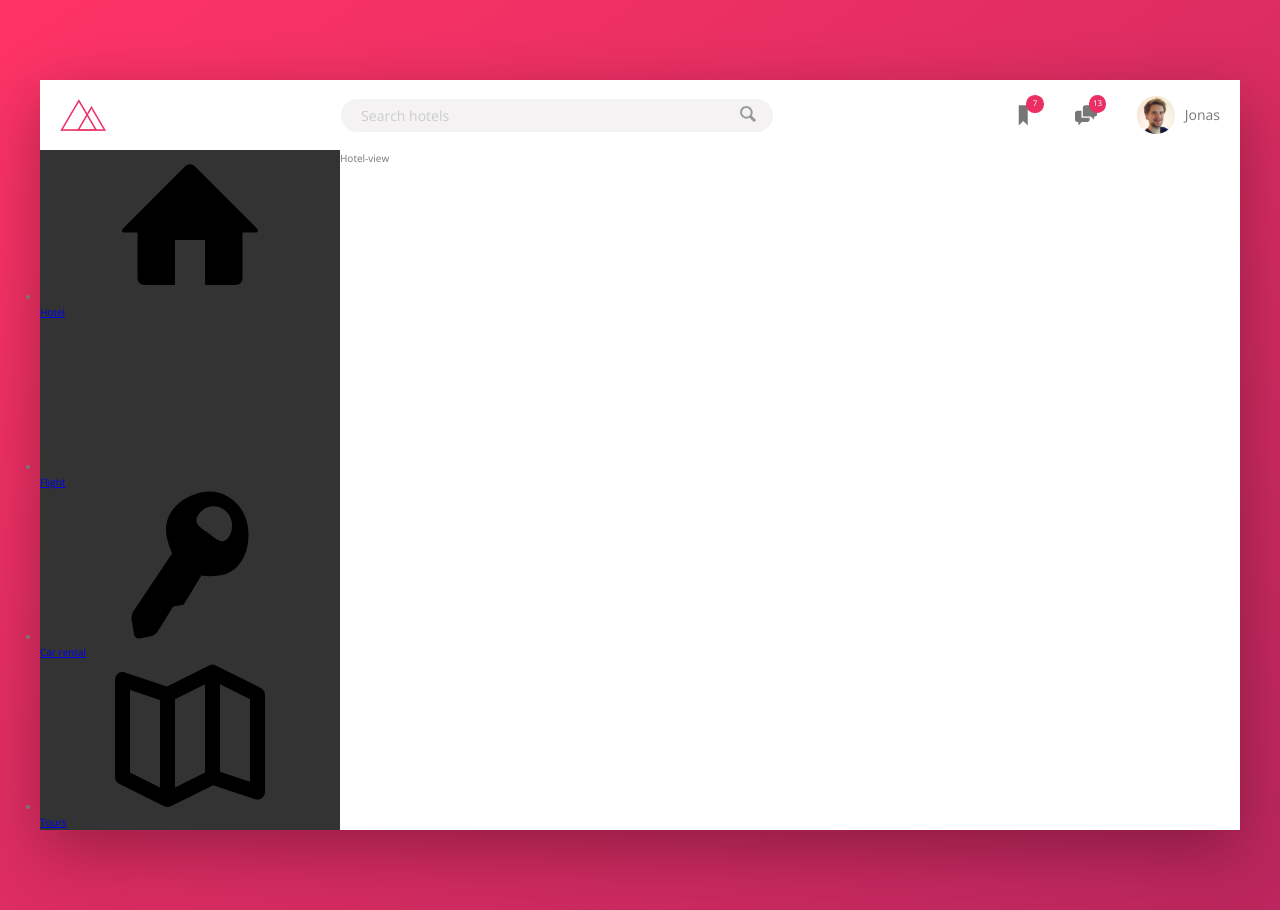
Repository: Lithium87/Trillo
Page: index.html
An editor plug-in stored every save of this project. The page is shown before and after the next save, followed by the edit.
The browser window is 1280 px wide. The pictures show the whole page.
The style sheet was rebuilt from its Sass, Less or Tailwind sources for each picture, by a compiler version that may differ from the author's.

Above is the page before, as saved 2020-05-15 23:48:34.

### index.html
<!DOCTYPE html>
<html lang="en">

<head>
    <meta charset="UTF-8">
    <meta name="viewport" content="width=device-width, initial-scale=1.0">

    <link href="https://fonts.googleapis.com/css?family=Open+Sans:300,400,600" rel="stylesheet">
    <link rel="stylesheet" href="css/style.css">
    <link rel="shortcut icon" type="image/png" href="img/favicon.png">

    <title>trillo &mdash; Your all-in-one booking app</title>
</head>

<body>
    <div class="container">
        <header class="header">
            <img src="img/logo.png" alt="Trillo logo" class="logo">
            <form action="#" class="search">
                <input type="text" class="search__input" placeholder="Search hotels">
                <button class="search__button">
                    <svg class="search__icon">
                        <use xlink:href="img/sprite.svg#icon-magnifying-glass"></use>
                    </svg>
                </button>
            </form>

            <nav class="user-nav">
                <div class="user-nav__icon-box">
                    <svg class="user-nav__icon">
                        <use xlink:href="img/sprite.svg#icon-bookmark"></use>
                    </svg>
                    <span class="user-nav__notification">7</span>
                </div>
                <div class="user-nav__icon-box">
                    <svg class="user-nav__icon">
                        <use xlink:href="img/sprite.svg#icon-chat"></use>
                    </svg>
                    <span class="user-nav__notification">13</span>
                </div>
                <div class="user-nav__user">
                    <img src="img/user.jpg" alt="User photo" class="user-nav__user-photo">
                    <span class="user-nav__user-name">Jonas</span>
                </div>
            </nav>
        </header>
        <div class="content">
            <nav class="sidebar">
                <ul class="side-nav">
                    <li class="side-nav__item">
                        <a href="#" class="side-nav__link">
                            <svg class="side-nav__icon">
                                <use xlink:href="img/stripe.svg#icon-home"></use>
                            </svg>
                            <span>Hotel</span>
                        </a>
                    </li>
                    <li class="side-nav__item">
                        <a href="#" class="side-nav__link">
                            <svg class="side-nav__icon">
                                <use xlink:href="img/stripe.svg#icon-aircraft-take-off"></use>
                            </svg>
                            <span>Flight</span>
                        </a>
                    </li>
                    <li class="side-nav__item">
                        <a href="#" class="side-nav__link">
                            <svg class="side-nav__icon">
                                <use xlink:href="img/stripe.svg#icon-key"></use>
                            </svg>
                            <span>Car rental</span>
                        </a>
                    </li>
                    <li class="side-nav__item">
                        <a href="#" class="side-nav__link">
                            <svg class="side-nav__icon">
                                <use xlink:href="img/stripe.svg#icon-map"></use>
                            </svg>
                            <span>Tours</span>
                        </a>
                    </li>
                </ul>
            </nav>
            <main class="hotel-view">
                Hotel-view
            </main>
        </div>
    </div>
</body>

</html>

### sass/_base.scss
:root {
    --color-primary: #eb2f64;
    --color-primary-light: #FF3366;
    --color-primary-dark: #BA265D;
    --color-grey-light-1: #faf9f9;
    --color-grey-light-2: #f4f2f2;
    --color-grey-light-3: #f0eeee;
    --color-grey-light-4: #ccc;
    --color-grey-dark-1: #333;
    --color-grey-dark-2: #777;
    --color-grey-dark-3: #999;
    --shadow-dark: 0 2rem 6rem rgba(0, 0, 0, .3);
}

* {
    margin: 0;
    padding: 0;
}

*,
*::before,
*::after {
    box-sizing: inherit;
}

html {
    box-sizing: border-box;
    font-size: 62.5%; // 1rem = 10px
}

body {
    font-family: 'Open Sans', sans-serif;
    font-weight: 400;
    line-height: 1.6;
    color: var(--color-grey-dark-2);
    background-image: linear-gradient(to right bottom, var(--color-primary-light), var(--color-primary-dark));
    background-size: cover;
    background-repeat: no-repeat;
    min-height: 100vh;
}

### sass/_layout.scss
.container {
    max-width: 120rem;
    margin: 8rem auto;
    background-color: var(--color-grey-light-1);
    box-shadow: var(--shadow-dark);
    min-height: 50rem;
}

.header {
    font-size: 1.4rem;
    height: 7rem;
    background-color: #fff;
    border-bottom: var(--color-grey-light-2);
    display: flex;
    justify-content: space-between;
    align-items: center;
}

.content {
    display: flex;
}

.sidebar {
    background-color: var(--color-grey-dark-1);
    flex: 0 0 18%;
}

.hotel-view {
    background-color: #fff;
    flex: 1;
}

### sass/_components.scss
///////////////////////
//LOGO
.logo {
    height: 3.25rem;
    margin-left: 2rem;
}

///////////////////////
//SEARCH BOX
.search {
    flex: 0 0 40%;
    display: flex;
    align-items: center;
    justify-content: center;
    &__input {
        font-family: inherit;
        font-size: inherit;
        color: inherit;
        background-color: var(--color-grey-light-2);
        border: none;
        padding: .7rem 2rem;
        border-radius: 100px;
        width: 90%;
        transition: all .2s;
        margin-right: -3.5rem;
        &:focus {
            outline: none;
            width: 100%;
            background-color: var(--color-grey-light-3);
        }
        &::-webkit-input-placeholder {
            font-weight: 100;
            color: var(--color-grey-light-4);
        }
    }
    &__input:focus+&__button {
        background-color: var(--color-grey-light-3);
    }
    &__button {
        border: none;
        background-color: var(--color-grey-light-2);
        &:focus {
            outline: none;
        }
        &:active {
            transform: translateY(2px);
        }
    }
    &__icon {
        height: 2rem;
        width: 2rem;
        fill: var(--color-grey-dark-3);
    }
}

///////////////////////
//USER NAVIGATION
.user-nav {
    align-self: stretch;
    display: flex;
    align-items: center;
    &>* {
        padding: 0 2rem;
        cursor: pointer;
        height: 100%;
        display: flex;
        align-items: center;
    }
    &>*:hover {
        background-color: var(--color-grey-light-2);
    }
    &__icon-box {
        position: relative;
    }
    &__icon {
        height: 2.25rem;
        width: 2.25rem;
        fill: var(--color-grey-dark-2);
    }
    &__notification {
        font-size: .8rem;
        height: 1.75rem;
        width: 1.75rem;
        border-radius: 50%;
        background-color: var(--color-primary);
        color: #fff;
        position: absolute;
        top: 1.5rem;
        right: 1.1rem;
        display: flex;
        justify-content: center;
        align-items: center;
    }
    &__user-photo {
        height: 3.75rem;
        border-radius: 50%;
        margin-right: 1rem;
    }
}

Loaded but not shown: sass/main.scss (common file)

After the next save:
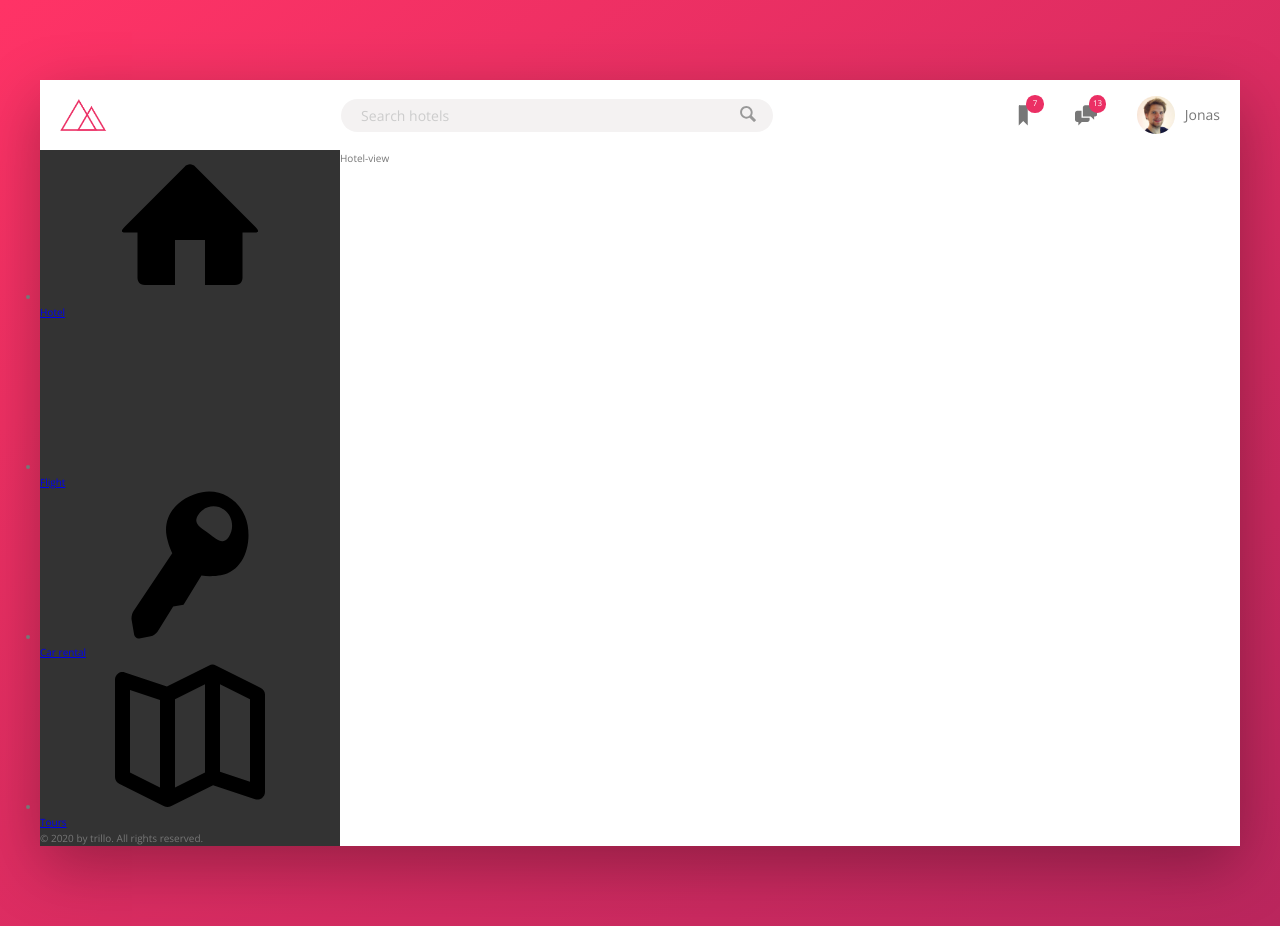
Saved 104 s later.
--- a/index.html
+++ b/index.html
@@ -80,6 +80,9 @@
                         </a>
                     </li>
                 </ul>
+                <div class="legal">
+                    &copy; 2020 by trillo. All rights reserved.
+                </div>
             </nav>
             <main class="hotel-view">
                 Hotel-view
